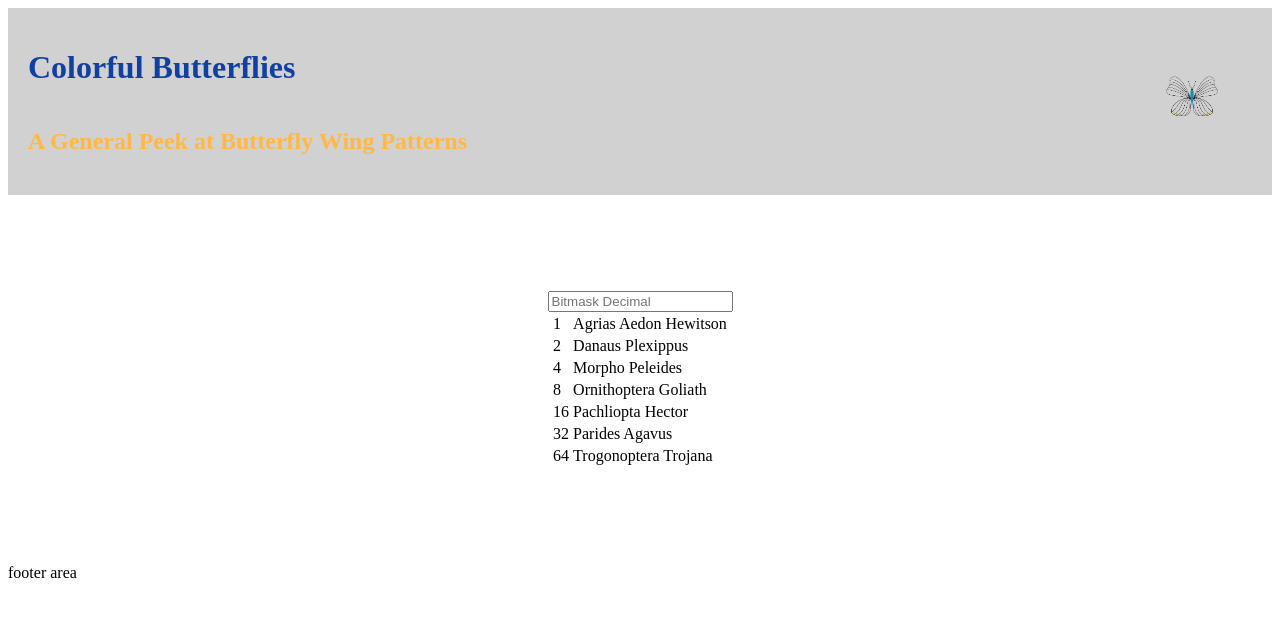
Repository: MeowCeline00/assessment-2
Page: /
An editor plug-in stored every save of this project. The page is shown before and after a run of saves, followed by the edit.
The browser window is 1280 px wide. The pictures show the whole page.
The project was rebuilt for these pictures with package versions that can differ from the ones it lists, and the page was loaded fresh each time. The framework's server and built-in components were replaced by stand-ins that run in the browser. Also part of the build but not shown: next.config.mjs.

Above is the page before, as saved 2024-02-07 21:55:13.

### pages/index.js
import Head from "next/head";
import { useState } from "react";
import styles from "@/styles/Home.module.css";
import Header from "@/Components/Header";


export default function Home() {

  // Butterfly Patterns
  const classFilters = {
    //key : value
    1: 'Agrias Aedon Hewitson',
    2: 'Danaus Plexippus',
    4: 'Morpho Peleides',
    8: 'Ornithoptera Goliath',
    16: 'Pachliopta Hector',
    32: 'Parides Agavus',
    64: 'Trogonoptera Trojana'
  }

  const [input, setInput] = useState();
                                    // 3
                                    // 2 & 2 Remainder 1
                                    // 1 & 1 Remainder 0
                                    // 9
                                    // 8 & 8 Remainder 1
                                    // 1 & 1 Remainder 0
  const getClassStyle = flagValue => (input & flagValue) > 0 ? {backgroundColor: 'yellow'} : null;

  return (
    <>
      <Head>
        <title>General View of Butterfly Wing Patterns</title>
        <meta name="description" content="General View of Butterfly Wing Patterns" />
        <meta name="viewport" content="width=device-width, initial-scale=1" />
        <link rel="icon" href="/butt_favicon.ico" />
      </Head>
      <Header />
      <main className={`${styles.main}`}>
       <input
       id="input"
       type="text"
       placeholder='Bitmask Decimal'
       value={input}
       onChange={event => setInput(event.target.value)}
       />
       <table>
        <tbody>
          {
            Object.keys(classFilters).map(item => (
              <tr key={item} style={getClassStyle(item)}>
                <td>{item}</td>
                <td>{classFilters[item]}</td>
              </tr>
            ))
          }
        </tbody>
       </table>
      </main>
      <footer>footer area</footer>
    </>
  );
}

### styles/Home.module.css
.main {
  display: flex;
  flex-direction: column;
  justify-content: space-between;
  align-items: center;
  padding: 6rem;
  min-height: 20vh;
}

### Components/Header/index.js
import Image from 'next/image';
import styles from './Header.module.css';

export default function Header() {
    return (
        <header className={styles.header}>
            <div className={styles.titleArea}>
                <h1> Colorful Butterflies</h1>
                <h2> A General Peek at Butterfly Wing Patterns</h2>
            </div>
            <div className={styles.logoArea}>
                <img src={"/logo.png"} alt="Butterfly Logo" width={80} />
            </div>
        </header>
    );
}

### Components/Header/Header.module.css
.header {
    display: flex;
    justify-content: space-between;
    align-items: center;
    padding: 20px;
    background-color: #d1d1d1;
}

.titleArea {
    display: flex;
    flex-direction: column;
}

.titleArea h1 {
    color: rgb(15, 64, 162);
}

.titleArea h2 {
    color: rgb(255, 184, 69);
}

.logoArea {
  display: flex;
  padding: 20px;
}

Loaded but not shown: pages/_app.js (common file); pages/_document.js (common file); styles/globals.css (common file)

After the next 2 saves:
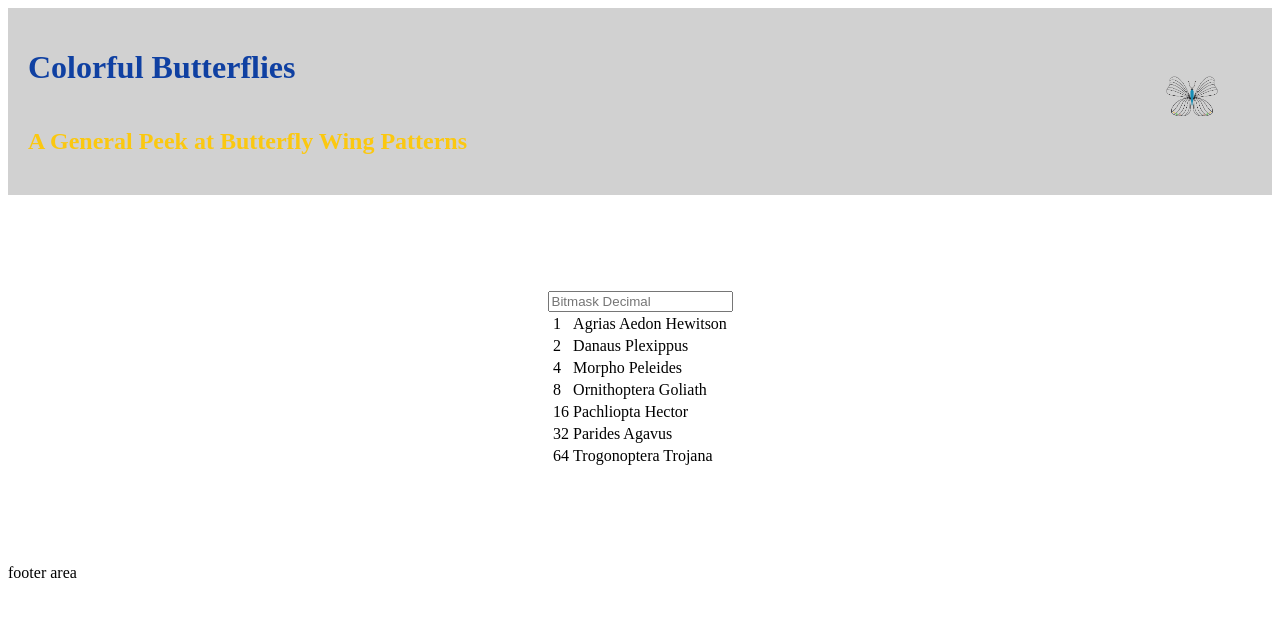
The 2 saves are shown as one change because they came seconds apart.
The last was saved 17 s later.
--- a/Components/Header/Header.module.css
+++ b/Components/Header/Header.module.css
@@ -16,7 +16,7 @@
 }
 
 .titleArea h2 {
-    color: rgb(255, 184, 69);
+    color: rgb(251, 200, 16);
 }
 
 .logoArea {
